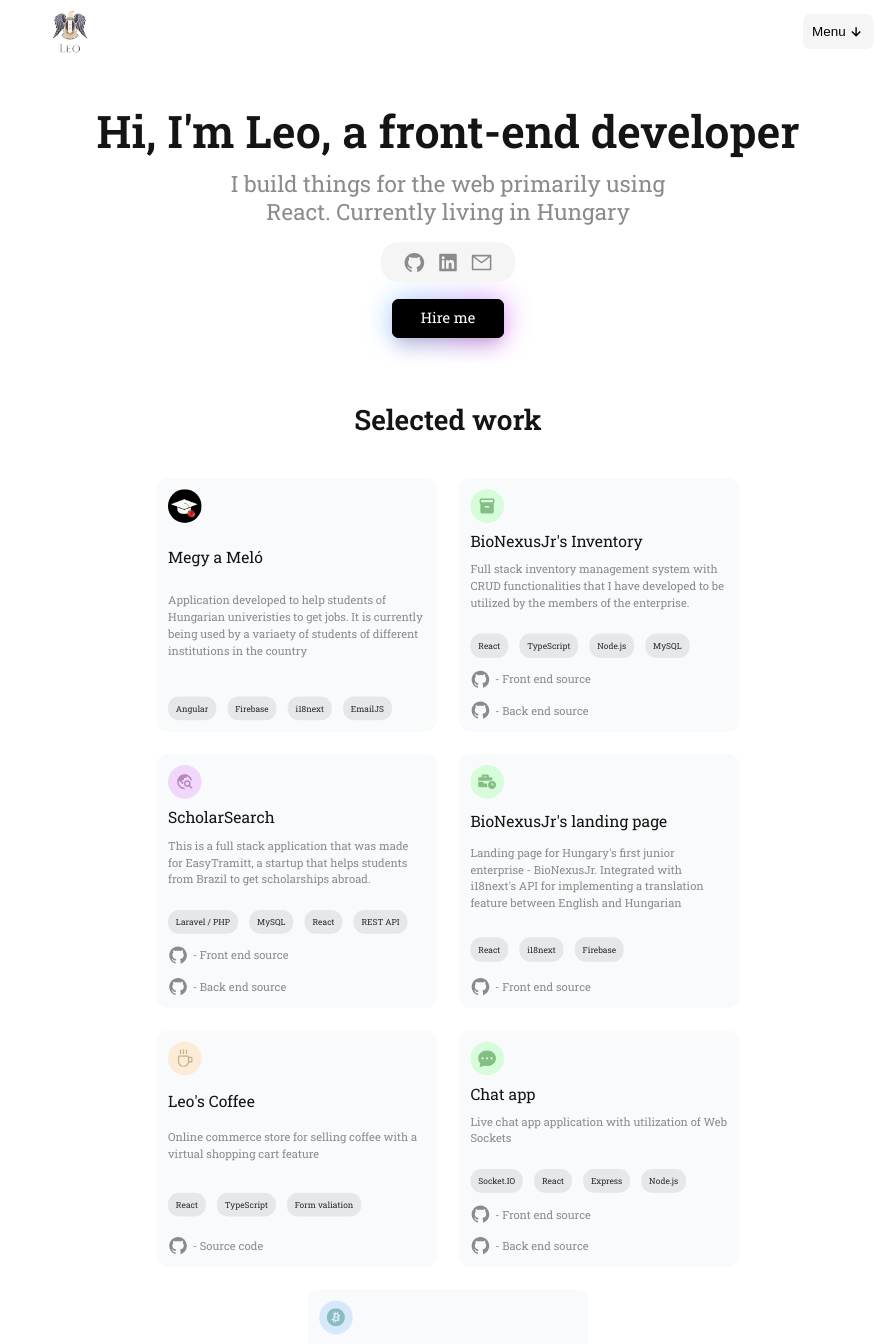
Repository: Leoka2000/portfolio-final
Page: /
The author's editor kept a copy of each file at every save. The page is drawn from the files as they stood at one save, then again after the next save.
The browser window is 1280 px wide. The pictures show the part of the page from y = 0 to 1920 px (the page is 3357 px tall before and 3485 px after), at 70% of full size.
Some web fonts or font styles are not loaded; a fallback is used. The project was rebuilt for these pictures with package versions that can differ from the ones it lists, and the page was loaded fresh each time. Some packages were replaced by stand-ins written for this rebuild. Also part of the build but not shown: src/App.css. Imported but missing from the stored project, and not drawn on this page: src/assets/BioNexus.mp4, src/assets/LeoCV.pdf, src/assets/ScholarSearch.mp4, src/assets/chat-app.mp4.

Above is the page before, as saved 2023-09-20 05:21:20.

After the next save:
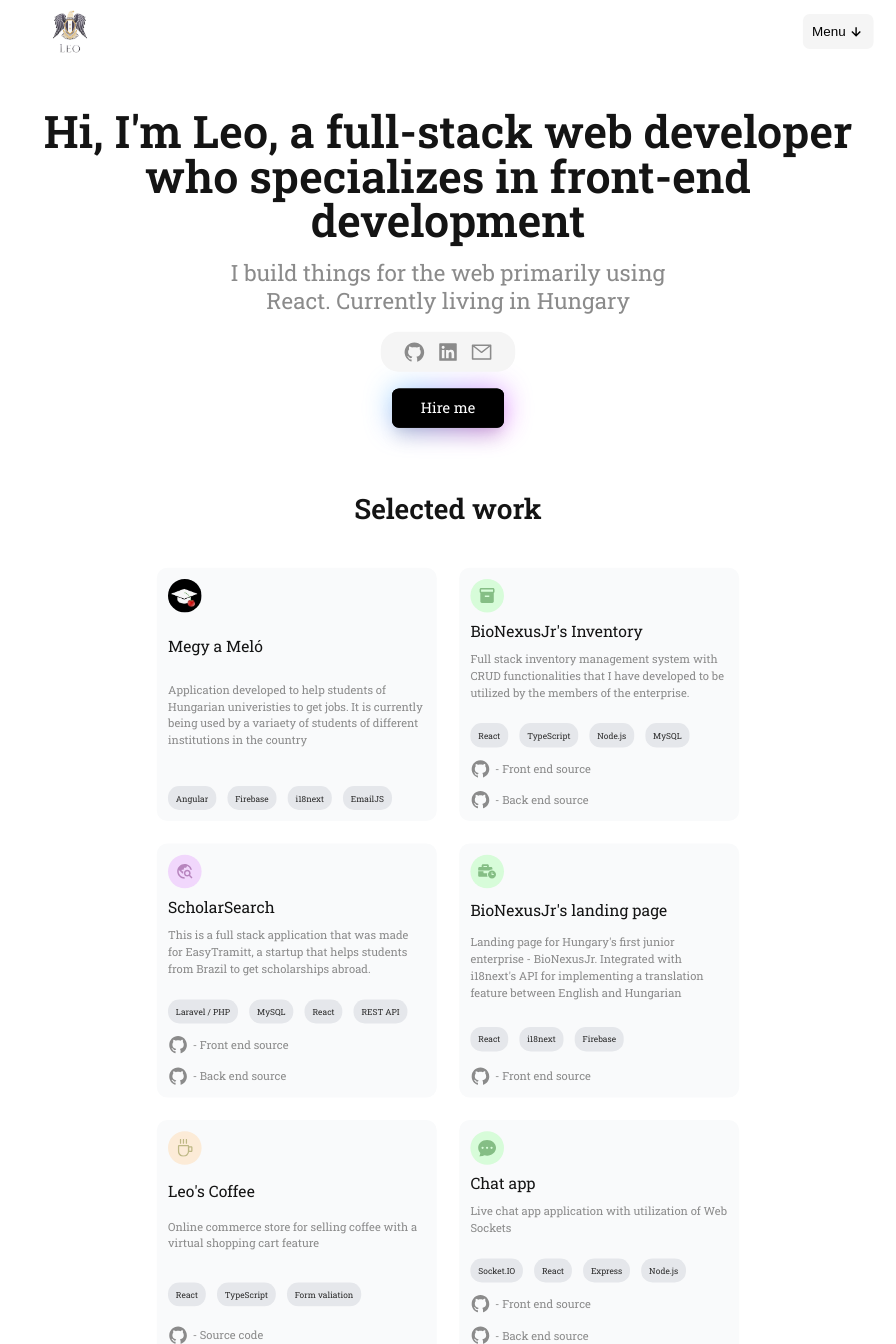
Saved 7 days later.
--- a/src/pages/main/hero/hero.jsx
+++ b/src/pages/main/hero/hero.jsx
@@ -9,7 +9,7 @@ const hero = () => {
   return (
     <>
       <section className='hero-section'>
-        <h1>Hi, I'm Leo, a front-end developer</h1>
+        <h1>Hi, I'm Leo, a full-stack web developer who specializes in front-end development</h1>
         <p>I build things for the web primarily using React. Currently living in Hungary</p>
         <div className='icons-wrapper'>
           <a target='_blank' href="https://github.com/Leoka2000"><AiFillGithub/></a>
